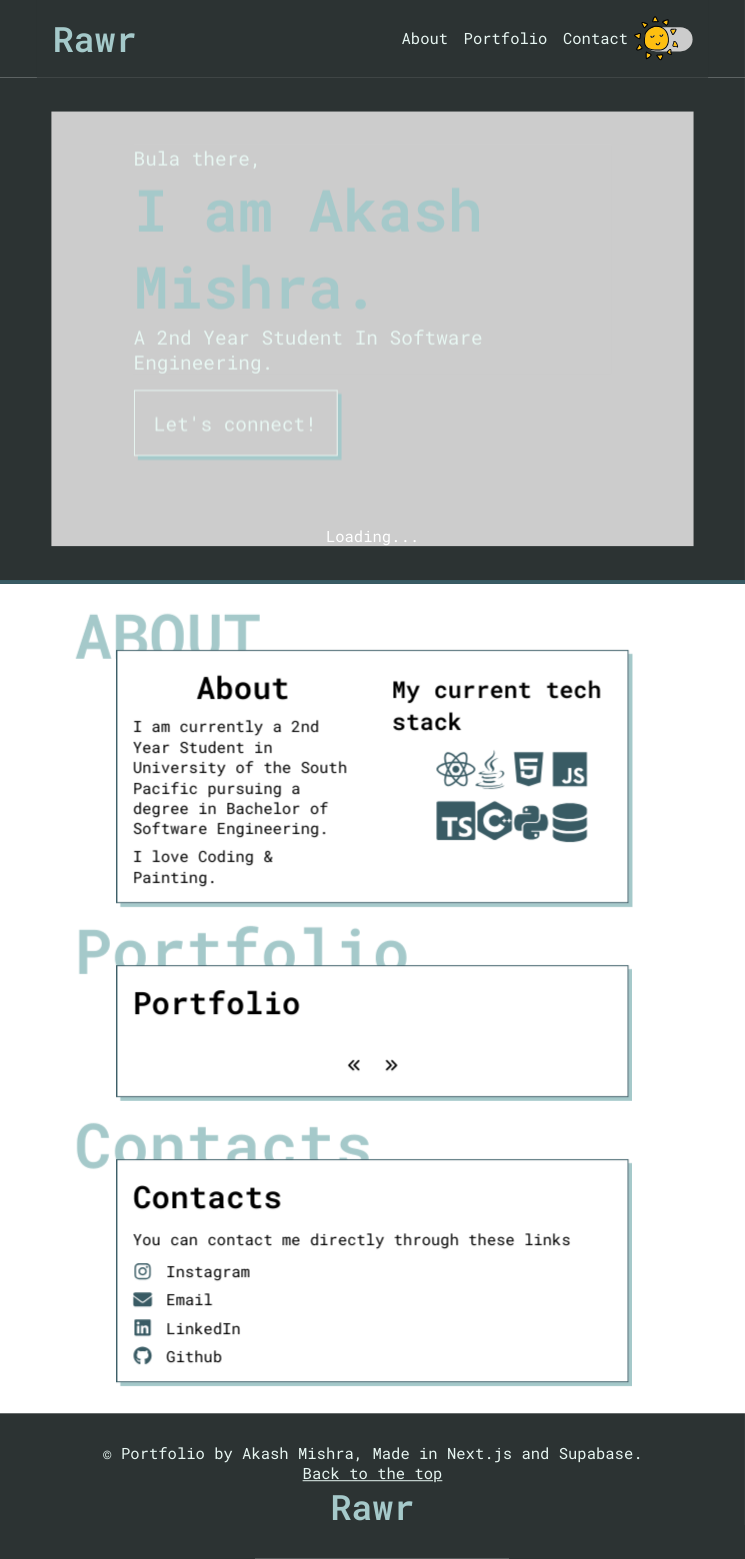
Repository: akashrawr/personal-portfolio
Page: /
The author's editor kept a copy of each file at every save. The page is drawn from the files as they stood at one save, then again after the next save.
The browser window is 768 px wide. The pictures show the whole page, at 97% of full size.
The page's requests for data from a server got no answer. The project was rebuilt for these pictures with package versions that can differ from the ones it lists, and the page was loaded fresh each time. The framework's server and built-in components were replaced by stand-ins that run in the browser. No one was signed in, and anything a server would have sent is missing. Also part of the build but not shown: next.config.ts.

Above is the page before, as saved 2025-01-03 20:44:50.

### app/layout.tsx
import type { Metadata } from "next";
import { Geist, Geist_Mono } from "next/font/google";
import "./globals.css";

const geistSans = Geist({
  variable: "--font-geist-sans",
  subsets: ["latin"],
});

const geistMono = Geist_Mono({
  variable: "--font-geist-mono",
  subsets: ["latin"],
});

export const metadata: Metadata = {
  title: "akashrawr",
  description: "Personal Portfolio",
};

export default function RootLayout({
  children,
}: Readonly<{
  children: React.ReactNode;
}>) {
  return (
    <html lang="en" translate="no"> {/* Prevent translation of the entire page */}
      <head>
        <meta charSet="UTF-8" />
        <meta httpEquiv="Content-Language" content="en" /> {/* Explicitly set content language */}
        <meta name="google" content="notranslate" /> {/* Inform Google to not translate */}
        <link rel="icon" href="/rawr.ico" type="image/x-icon" />
        <title>akashrawr</title>
        <meta name="description" content="My Personal Portfolio" />
      </head>
      <body className={`${geistSans.variable} ${geistMono.variable} antialiased`}>
        <div className="notranslate">
          {children}
        </div>
      </body>
    </html>
  );
}

### app/page.tsx
"use client"; // Enables client-side functionality
import React, { useState, useEffect } from "react";
import AOS from "aos";
import "aos/dist/aos.css";
import "./globals.css"; // Import global styles

// Import components
import Header from "./components/Header";
import Hero from "./components/Hero";
import About from "./components/About";
import Portfolio from "./components/Portfolio";
import Contact from "./components/Contact";
import Footer from "./components/Footer";

const Page: React.FC = () => {
  useEffect(() => {
    AOS.init({ once: true, delay: 0 });
  }, []);

  const [isNavVisible, setIsNavVisible] = useState(false);
  const [darkMode, setDarkMode] = useState(false);

  const toggleNav = () => {
    setIsNavVisible(!isNavVisible);
  };

  const toggleDarkMode = () => {
    setDarkMode(!darkMode);
    document.body.classList.toggle("dark-mode", !darkMode);
  };

  return (
    <div>
      <Header
        isNavVisible={isNavVisible}
        toggleNav={toggleNav}
        darkMode={darkMode}
        toggleDarkMode={toggleDarkMode}
      />
      <main>
        <Hero />
        <About />
        <Portfolio />
        <Contact />
      </main>
      <Footer />
    </div>
  );
};

export default Page;

### app/globals.css
@import url("https://fonts.googleapis.com/css2?family=Roboto+Mono:wght@300;400;600&display=swap");

:root {
  --primary-color: #2c3333;
  --secondary-color: #395b64;
  --accent-1: #a5c9ca;
  --accent-2: #e7f6f2;
  --neutral-1: black;
  --neutral-2: white;
  --neutral-3: white;
  --neutral-4: black;
  --icon-1: #395b64;

  --dark-primary-color: #121212;
  --dark-secondary-color: #1f1f1f;
  --dark-accent-1: #6c757d;
  --dark-accent-2: #adb5bd;
  --dark-neutral-1: #ffffff;
  --dark-neutral-2: #121212;
  --dark-neutral-3:#1f1f1f;
  --dark-neutral-4: #938f8f;
  --dark-icon-1: #938f8f;

}

*,
*::after,
*::before {
  margin: 0;
  padding: 0;
  font-family: "Roboto Mono", monospace;
  box-sizing: border-box;


}

html {
  scroll-behavior: smooth;
}

body {
  overflow-x: hidden;
  background-color: var(--neutral-3);
  color: var(--neutral-1);
  font-family: "Roboto Mono", monospace;
}

body.dark-mode {
  --primary-color: var(--dark-primary-color);
  --secondary-color: var(--dark-secondary-color);
  --accent-1: var(--dark-accent-1);
  --accent-2: var(--dark-accent-2);
  --neutral-1: var(--dark-neutral-1);
  --neutral-2: var(--dark-neutral-2);
  --neutral-3: var(--dark-neutral-3);
  --neutral-4: var(--dark-neutral-4);
  --icon-1:var(--dark-icon-1);
}


/* Navbar styles */

header {
  display: flex;
  align-items: center;
  justify-content: center;

  max-width: 100vw;
  background-color: var(--primary-color);
}

a {
  font-size: 14px;
  text-decoration: none;
}

h1 {
  font-family: "Roboto Mono", monospace;
}

.navbar-nav {
  display: flex;
  align-items: center;
  justify-content: space-between;
  background-color: var(--primary-color);
  padding: 1rem;
  width: 90%;
}

.nav-logo {
  grid-column: 1;
}

.nav-logo > h1 {
  font-size: 30px;
  color: var(--accent-1);
}

.primary-nav {
  display: flex;
  list-style: none;
  gap: 16px;

  grid-column: 2;
  justify-self: end;
}

.mobile-nav-toggle {
  display: none;
  cursor: pointer;
}

.nav-link:link,
.nav-link:visited {
  font-size: 16px;
  color: var(--accent-2);

  transition: 300ms ease-in-out;
}

.nav-link:hover {
  font-weight: 600;
  color: var(--accent-1);
}

.user-icon {
  width: 24px;
  height: 24px;
  fill: var(--accent-1);
  transition: fill 0.3s ease;
}

.user-icon:hover {
  fill: var(--accent-1);
}

/* Dark mode toggle button */
.theme-toggle {
  background: none;
  border: none;
  cursor: pointer;
  padding: 8px;
  display: flex;
  align-items: center;
}

.nav-icons {
  --size: 30px;
  width: var(--size);
  aspect-ratio: 1;
  cursor: pointer;
}



@media only screen and (max-width: 35em) {
  .primary-nav {
    position: fixed;
    top: 0;
    right: 0;
    bottom: 0;
    width: 125px;

    flex-direction: column;
    padding: min(15vh, 3rem) 1rem;
    background-color: var(--primary-color);
    border-left: 2px solid rgb(111, 111, 111); /* Add this line for the left border */

    z-index: 9999;

    transform: translateX(100%);
    transition: transform 350ms ease-out;
  }


  .nav-link:link,
  .nav-link:visited {
    font-size: 15px;
    color: var(--accent-1);
  }

  .primary-nav[data-visible="true"] {
    transform: translateX(0%);
  }

  .mobile-nav-toggle[aria-expanded="true"] {
    background: url('data:[embedded picture, 416 characters]') center center no-repeat;
  }

  .mobile-nav-toggle {
    display: block;
    position: absolute;
    background: url('data:[embedded picture, 417 characters]') center center no-repeat;

    width: 1.25rem;
    aspect-ratio: 1;

    border: none;

    top: 1.4rem;
    right: 2.5rem;
    z-index: 10000;

    transition: 250ms ease-in-out;
  }
}

/* Section styles */

section {
  display: flex;
  align-items: center;
  justify-content: center;

  max-width: 100vw;
  position: relative;
}

/* HERO SECTION */
#hero {
  background-color: var(--primary-color);
  border-bottom: 4px solid var(--icon-1);
  padding: 2.2rem;
}

/* Main container for text and image */
.hero-main-container {
  display: flex;
  flex-wrap: wrap;
  align-items: center;
  justify-content: space-between;
  gap: 16px;
}

/* Text Container */
.hero-container {
  flex: 1;
  display: flex;
  flex-direction: column;
  gap: 16px;
  padding: 2.2rem;
  width: 90%;
  height: 350px;
  animation: fade-in 500ms linear forwards;
}

.hero-text-container > h2 {
  font-size: 28px;
  color: var(--accent-1);
}

.hero-text-container > p {
  font-size: 12px;
  color: var(--accent-2);
}

.hero-button {
  align-self: flex-start;

  font-size: 14px;
  padding: 1em;

  color: var(--accent-2);
  background-color: transparent;

  border: 1px solid var(--accent-2);
  box-shadow: 4px 4px 0px var(--accent-1);

  transition: 300ms ease-in-out;
}

.hero-button:hover {
  background-color: var(--accent-2);
  color: var(--primary-color);
  box-shadow: 6px 6px 0px var(--secondary-color);
}

/* Image Container */
.hero-img {
  flex: 1;
  display: flex;
  justify-content: center;
  align-items: center;
}

.hero-image {
  max-width: 50%;
  height: auto;
  border-radius: 10px;
  box-shadow: 0 4px 8px rgba(0, 0, 0, 0.1);
  border: 1px solid var(--secondary-color);
  background-color: var(--neutral-2);
  box-shadow: 4px 4px 0px var(--accent-1);
}

.hero-img p{
color:white;
}


/* Responsive Styles */
@media screen and (max-width: 768px) {
  .hero-main-container {
    flex-direction: column;
    width: 95%;
    background-color:#ccc;
  }
  .hero-img {
    margin-top: 20px;
  }
  .hero-container, .hero-image {
    max-width: 85%;
    height: auto;
  }
  .hero-text-container {
    text-align: left;
    background-color:#ccc;
  }


}
.hero-text-container > h2 {
  font-size: 28px;
  color: var(--accent-1);
}
.hero-text-container > p {
  font-size: 12px;
}
.project-card > h3 {
  font-size: 12px;
  color: var(--secondary-color);
}

/* ABOUT */

#about {
  padding: 2rem;
  margin-top: 36px;
  animation: fade-in 500ms linear forwards;

}

.wave-asset {
  width: 100%;
  position: absolute;

  top: 0;
  left: 0;
}

.about-container {
  display: flex;
  align-items: center;
  justify-content: center;
  background-color: var(--neutral-2);
  width: 90%;
  z-index: 999;
}

.about-card,
.portfolio-card,
.contact-card {
  display: flex;
  flex-direction: column;
  gap: 16px;
  border: 1px solid var(--secondary-color);
  background-color: var(--neutral-2);

  width: 100%;
  padding: 1rem;

  box-shadow: 4px 4px 0px var(--accent-1);
}

.about-content,
.portfolio-content {
  width: 100%;
  display: flex;
  flex-direction: column;
  gap: 8px;
}

.about-content > h2,
.about-content > h3 {
  color: var(--neutral-4);
}

.about-content > p {
  font-size: 12px;
  color: var(--neutral-4);
}

.tech-stack-grid {
  width: 65%;
  display: grid;
  grid-template-columns: repeat(4, 1fr);
  place-items: center;
}

.tech-stack {
  --size: 30px;
  width: var(--size);
  aspect-ratio: 1;
}

/* Portfolio container */

#portfolio {
  padding: 2rem;
  animation: fade-in 500ms linear forwards;
}

.portfolio-container {
  width: 90%;
  z-index: 999;
}

.project-container {
  display: grid;
  grid-template-columns: repeat(2, 1fr);
  gap: 16px;
}

.portfolio-content > h2 {
  color: var(--neutral-4);
}

.project-card {
  display: flex;
  flex-direction: column;
  gap: 4px;

  padding: 1rem;
  border-radius: 8px;
  border: 1px solid var(--accent-1);
}

.project-card > h3 {
  color: var(--neutral-4);
}

.project-card > h5 {
  color: var(--neutral-4);
  opacity: 0.5;
}

.project-card > p {
  font-size: 12px;
  width: 100%;
  display: -webkit-box;
  -webkit-box-orient: vertical;
  -webkit-line-clamp: 3;
  overflow: hidden;
  color: var(--neutral-4);
}

.project-img {
  width: 100%;
  aspect-ratio: 16/9;
}

.project-card-links {
  align-self: flex-end;

  margin-top: 10px;
  display: flex;
  align-items: center;
  gap: 12px;
}

.project-icons {
  --size: 20px;
  width: var(--size);
  aspect-ratio: 1;
}

.project-card-links > a {
  display: flex;
  align-items: center;
  color: var(--neutral-4);
  font-size: 10px;
  gap: 4px;
}

.project-card-links > a:link,
.project-card-links > a:visited {

  color: var(--neutral-4);
}

.project-card-links > a:hover {
  font-weight: 600;
  color: var(--accent-1);
}

/* CONTACT */
#contact {
  padding: 2rem;
  animation: fade-in 500ms linear forwards;
}

.contact-container {
  width: 90%;
  z-index: 999;
}

.contact-card {
  width: 100%;
  gap: 12px;
}
.contact-card > h2 {
    color: var(--neutral-4);
}

.contact-card > p {
  font-size: 12px;
  color: var(--neutral-4);
}

.contact-links {
  display: flex;
  flex-direction: column;
  gap: 8px;
}

.contact-links > a {
  display: flex;
  align-items: center;
  gap: 8px;
}

.contact-links > a:link,
.contact-links > a:visited {
  color: var(--neutral-4);
}

.contact-links > a:hover {
  font-weight: 600;
  color: var(--accent-1);
}
.contact-icons {
  --size: 20px;
  width: var(--size);
  aspect-ratio: 1;
}

/* extras */
.section-highlight {
  font-size: 4rem;
  font-weight: 600;
  opacity: 0.5;
  color: var(--accent-1);

  position: absolute;
  top: 0;
  left: 100px;
}

/* footer */
footer {
  display: flex;
  align-items: center;
  justify-content: center;
  color: var(--accent-2);
  max-width: 100vw;
  background-color: var(--primary-color);
  min-height: 150px;
}

.footer-content {
  text-align: center;
  font-size: 12px;
  width: 90%;

  color: var(--accent-2);
}

.footer-content > p {
  text-decoration: underline;
}

.footer-content > a {
  text-decoration: underline;
}

.footer-content > a:link,
.footer-content > a:visited {
  color: var(--accent-2);
}

.footer-content > a:hover {
  color: var(--accent-1);
}
/* media queries */

@media only screen and (max-width: 35em) {
  .hero-container {
    padding: 1rem;
    height: 200px;
  }
  .project-container {
    grid-template-columns: 1fr;
  }
  .tech-stack-grid {
    width: 100%;
  }
  .section-highlight {
    font-size: 3.5rem;
    top: -16px;
    left: 6vw;
  }
}

@media only screen and (min-width: 35em) {
  .hero-container {
    height: 250px;
  }
  .about-container,
  .portfolio-container,
  .contact-container {
    width: 75%;
  }

  .about-card,
  .portfolio-card {
    align-items: center;
    justify-content: center;
    flex-direction: row;
    gap: 20px;
  }

  .section-highlight {
    top: -26px;
    left: 10vw;
  }
}

@media only screen and (min-width: 768px) {
  .nav-logo > h1 {
    font-size: 36px;
  }

  /* hero */
  .hero-container {
    height: 350px;
  }

  .hero-text-container > p {
    font-size: 20px;
  }

  .hero-text-container > h2 {
    font-size: 60px;
  }

  .hero-button {
    font-size: 20px;
  }

  /* about */
  .about-card {
    gap: 40px;
  }

  .about-content > h2 {
    font-size: 32px;
  }

  .about-content > h3 {
    font-size: 24px;
  }

  .about-content > p {
    font-size: 16px;
  }

  .tech-stack-section {
    align-self: flex-start;
    margin-top: 8px;
  }

  .tech-stack {
    --size: 40px;
    width: var(--size);
    aspect-ratio: 1;
  }

  /* portfolio */
  .portfolio-content > h2 {
    font-size: 32px;
  }

  .project-card > h3 {
    font-size: 24px;
  }

  .project-card > h5,
  .project-card > p {
    font-size: 16px;
  }

  .project-card-links > a {
    font-size: 16px;
  }

  /* contacts */
  .contact-card > h2 {
    font-size: 32px;
  }

  .contact-card > p {
    font-size: 16px;
  }

  .contact-links > a {
    font-size: 16px;
  }
  .footer-content,
  .footer-content > a {
    font-size: 16px;
  }
}

@media only screen and (min-width: 1024px) {
  .section-highlight {
    top: -26px;
    left: 10vw;
  }
}

@keyframes fade-in {
  0% {
    opacity: 0;
  }
  100% {
    opacity: 1;
  }
}

/* Adjust specific sections as needed for React-specific behaviors */
.primary-nav.visible {
  transform: translateX(0%);
}

/* The switch - the box around the slider */
.switch {
  position: relative;
  display: inline-block;
  width: 50px;
  height: 25px;
}

/* Hide default HTML checkbox */
.switch input {
  opacity: 0;
  width: 0;
  height: 0;
}

/* The slider */
.slider {
  position: absolute;
  cursor: pointer;
  top: 0;
  left: 0;
  right: 0;
  bottom: 0;
  background-color: #ccc;
  -webkit-transition: .4s;
  transition: .4s;
  border-radius: 25px; /* Rounded edges for the slider */
  display: flex;

  align-items: center;
}

/* Adjust the icon size to 48x48 pixels */
.slider .icon {
  position: absolute;
  width: 48px;
  height: 48px;
  transition: .4s;
}

/* When the input is checked (dark mode is on) */
input:checked + .slider {
  background-color: #3e4346; /* Change background color on check */
}

input:focus + .slider {
  box-shadow: 0 0 1px #2196F3;
}

/* Move the icons when the input is checked (dark mode) */
input:checked + .slider .icon {
  transform: translateX(20px); /* Move the icon to the right */
}

/* Default state (light mode) */
input:not(:checked) + .slider .icon {
  transform: translateX(-15px) translateY(-2px); /* Icon remains in the default position */
  width: 52px; /* Further reduced icon size for very small screens */
  height: 52px; /* Further reduced icon size for very small screens */
}

.about-icon {
  color: var(--icon-1); /* Change to any shade of blue you prefer */
  font-size: 3rem; /* Adjust size as needed */
  margin: 0.5rem;
}

.project-icons {
  margin-right: 0.5rem; /* Space between icon and text */
  font-size: 1.5rem; /* Adjust icon size */
  color: inherit; /* Match the color of the link */
}

.contact-icons {
  margin-right: 0.5rem; /* Space between icon and text */
  font-size: 1.5rem; /* Adjust icon size */
  color: var(--icon-1);
}

/* Responsive Adjustments */
@media (max-width: 768px) {
  .about-icon {
    font-size: 2.5rem; /* Slightly smaller on smaller devices */
    margin: 0.4rem;
  }

  .project-icons {
    font-size: 1.2rem; /* Smaller icon size on smaller screens */
    margin-right: 0.4rem;
  }

  .contact-icons {
    font-size: 1.2rem; /* Smaller icon size on smaller screens */
    margin-right: 0.4rem;
  }
}

@media (max-width: 480px) {
  .about-icon {
    font-size: 2rem; /* Even smaller on very small devices */
    margin: 0.3rem;
  }

  .project-icons {
    font-size: 1rem; /* Further reduced icon size for very small screens */
    margin-right: 0.3rem;
  }

  .contact-icons {
    font-size: 1rem; /* Further reduced icon size for very small screens */
    margin-right: 0.3rem;
  }
}

.pagination {
  display: flex;
  justify-content: center;
  align-items: center;
  margin-top: 1rem;
}

.pagination a {
  color: var(--neutral-4);
  padding: 8px 16px;
  text-decoration: none;
}

.pagination a.active {
  background-color: #395b64;
  color: white;
}

.pagination a:disabled {
  color: grey;
  pointer-events: none;
}

/* Responsive Adjustments */
@media (max-width: 768px) {
  .pagination a {
    padding: 6px 12px; /* Smaller padding for smaller screens */
    font-size: 0.9rem; /* Slightly smaller font size */
  }

  .pagination {
    margin-top: 0.75rem; /* Adjust margin top for smaller screens */
  }
}

@media (max-width: 480px) {
  .pagination a {
    padding: 4px 8px; /* Even smaller padding for very small screens */
    font-size: 0.8rem; /* Smaller font size for very small screens */
  }

  .pagination {
    margin-top: 0.5rem; /* Adjust margin top for very small screens */
  }
}

### app/components/Hero.tsx
import React, { useEffect, useState } from 'react';
import supabase from '../utils/supabaseClient';  // Adjust path if in 'utils'
import Image from 'next/image';  // Import Image from next/image

function Hero() {
  const [heroImage, setHeroImage] = useState<string | null>(null);

  useEffect(() => {
    const fetchHeroImage = async () => {
      const { data, error } = await supabase
        .from('hero')  // Table name is 'hero'
        .select('image_path')        // Only selecting 'image_path' column
        .limit(1);                   // Limiting to only one result (first row)

      if (error) {
        console.error('Error fetching hero image:', error);
      } else {
        setHeroImage(data?.[0]?.image_path || null);
      }
    };

    fetchHeroImage();
  }, [supabase]); // Including 'supabase' as a dependency

  return (
    <section id="hero">
      <div className="hero-main-container">
        {/* Text and Button Container */}
        <div className="hero-container">
          <div className="hero-text-container" data-aos="fade-up">
            <p>Bula there,</p>
            <h2>I am Akash Mishra.</h2>
            <p>A 2nd Year Student In Software Engineering.</p>
          </div>
          <a href="#contact" className="hero-button" data-aos="fade-up">
            Let&apos;s connect!
          </a>
        </div>

        {/* Image Container */}
        <div className="hero-img" data-aos="fade-up">
          {heroImage ? (
            <Image
              className="hero-image"
              src={heroImage}
              alt="Akash"
              layout="responsive"
              width={500}
              height={500}
            />
          ) : (
            <p>Loading...</p>
          )}
        </div>
      </div>
    </section>
  );
}

export default Hero;

### app/components/Contact.tsx
import React from "react";
import { FontAwesomeIcon } from "@fortawesome/react-fontawesome";
import { faInstagram, faGithub, faLinkedin } from "@fortawesome/free-brands-svg-icons";
import { faEnvelope } from "@fortawesome/free-solid-svg-icons";

const Contact: React.FC = () => {
  return (
    <section id="contact">
      <h2 className="section-highlight" data-aos="fade-up">
        Contacts
      </h2>
      <div className="contact-container" data-aos="fade-up">
        <div className="contact-card">
          <h2>Contacts</h2>
          <p>You can contact me directly through these links</p>

          <div className="contact-links">
            <a href="https://www.instagram.com/_acnologxa" className="contact-link">
              <FontAwesomeIcon icon={faInstagram} className="contact-icons" />
              Instagram
            </a>

            <a href="mailto:akashkm553@gmail.com" className="contact-link">
              <FontAwesomeIcon icon={faEnvelope} className="contact-icons" />
              Email
            </a>

            <a href="https://www.linkedin.com/in/akashmishra-rawr" className="contact-link">
              <FontAwesomeIcon icon={faLinkedin} className="contact-icons" />
              LinkedIn
            </a>

            <a href="https://github.com/akashrawr" className="contact-link">
              <FontAwesomeIcon icon={faGithub} className="contact-icons" />
              Github
            </a>
          </div>
        </div>
      </div>
    </section>
  );
};

export default Contact;

### app/components/Footer.tsx
import React from 'react';

const Footer: React.FC = () => {
  return (
    <footer>
      <div className="footer-content">
        © Portfolio by Akash Mishra, Made in Next.js and Supabase. <br />
        <a href="#hero">Back to the top</a>
        <div className="nav-logo">
          <h1>Rawr</h1>
        </div>
      </div>
    </footer>
  );
};

export default Footer;

### app/utils/supabaseClient.ts
import { createClient } from '@supabase/supabase-js';

// Fetch environment variables
const supabaseUrl = process.env.NEXT_PUBLIC_SUPABASE_URL || '';
const supabaseKey = process.env.NEXT_PUBLIC_SUPABASE_KEY || '';

// Initialize the Supabase client
const supabase = createClient(supabaseUrl, supabaseKey);

export default supabase;

Loaded but not shown: app/components/Header.tsx (89 lines, source omitted); app/components/Portfolio.tsx (139 lines, source omitted); app/components/About.tsx (59 lines, source omitted)

After the next save:
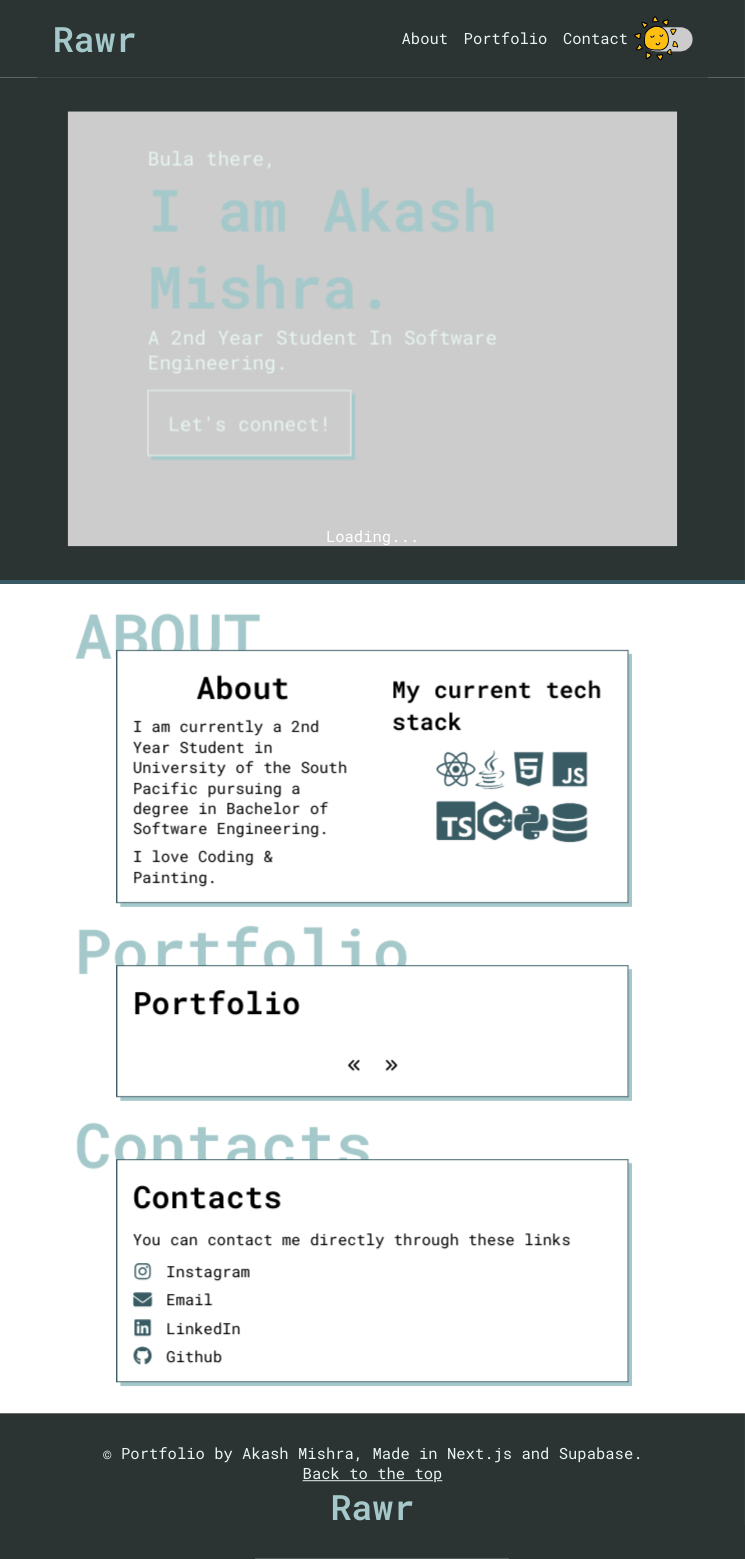
Saved 31 s later.
--- a/app/globals.css
+++ b/app/globals.css
@@ -302,8 +302,10 @@ color:white;
 @media screen and (max-width: 768px) {
   .hero-main-container {
     flex-direction: column;
-    width: 95%;
     background-color:#ccc;
+    padding: 0;
+    width: 90%;
+    margin: 0 auto; /* Optional: Center the container */
   }
   .hero-img {
     margin-top: 20px;
